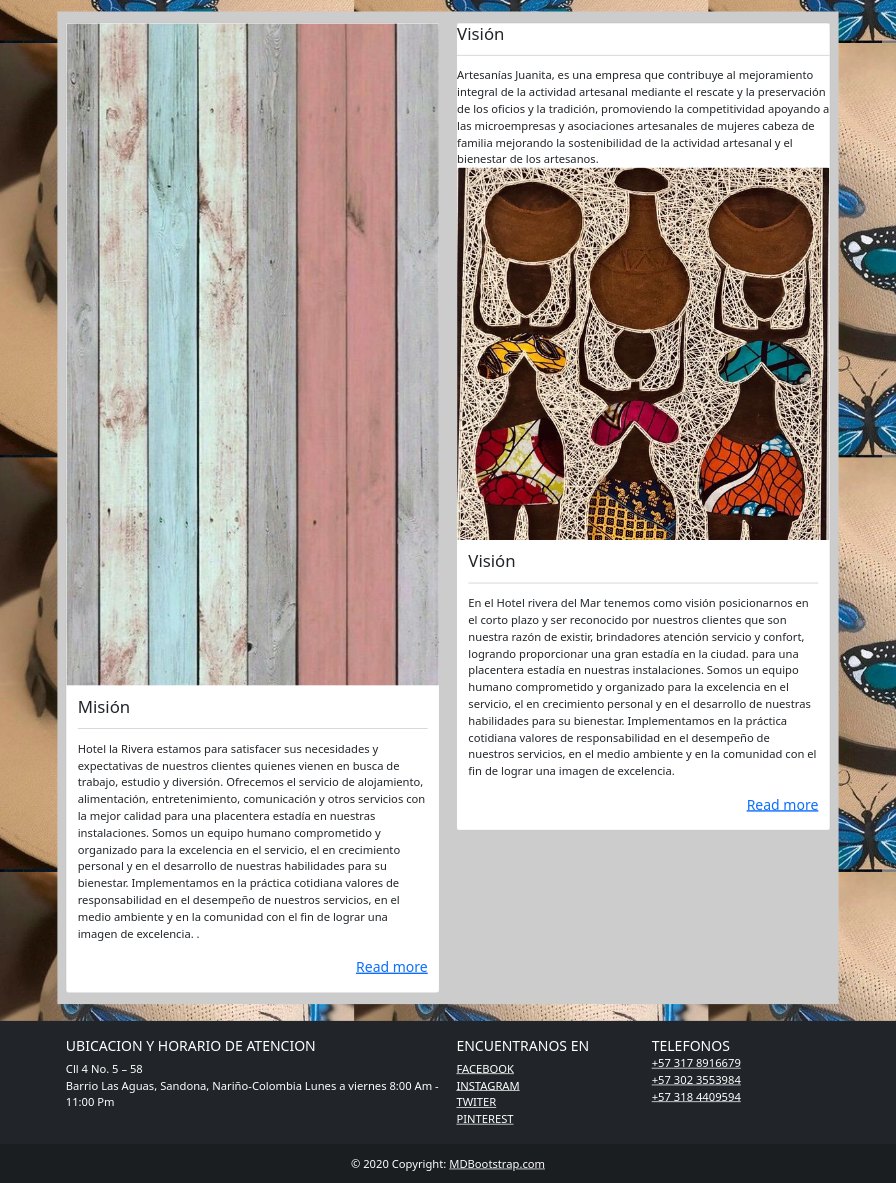
Repository: PG210/taller_artesania
Page: http://localhost/arte/mision
These files come from the project's save history. The page is drawn as it stood at one moment and after the next save; the edit follows.
The browser window is 1280 px wide. The pictures show the part of the page from y = 2899 to 4819 px (the page is 4589 px tall before and 4819 px after), at 70% of full size.
The page is served by the project's Laravel application, run on PHP 8.4 with Laravel 8. A made-up administrator, Test User (test@example.com), is signed in.

Above is the page before, as saved 2021-01-14 15:14:25.

After the next save:
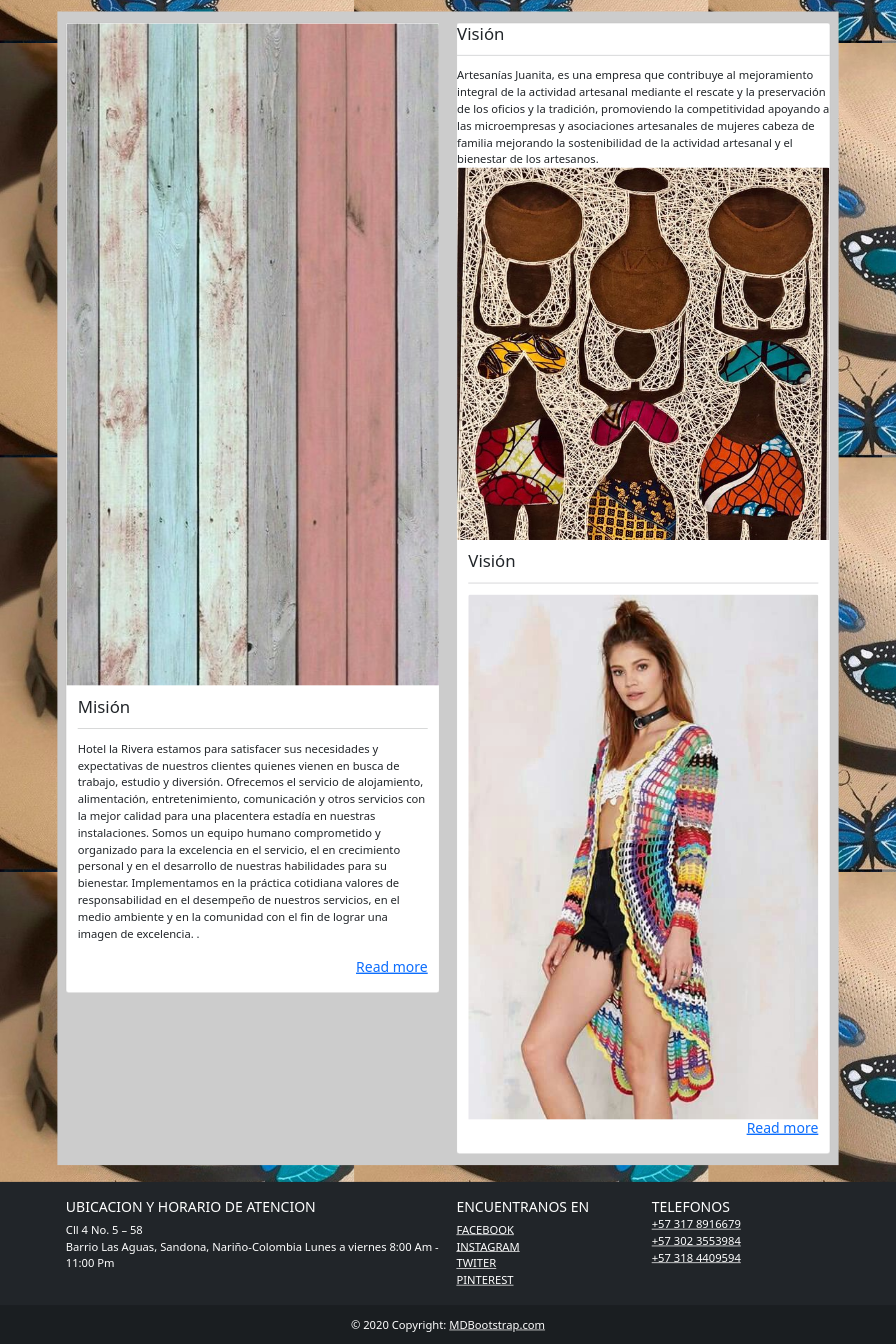
Saved 2 min 21 s later.
--- a/resources/views/arte/mision.blade.php
+++ b/resources/views/arte/mision.blade.php
@@ -82,12 +82,7 @@
             <h4 class="card-title">Visión</h4>
             <hr class="hr-light">
             <!-- Text -->
-            <p class="card-text white-text mb-4">
-                En el Hotel rivera del Mar tenemos como visión posicionarnos en el corto plazo  y ser reconocido por nuestros clientes que son nuestra razón de existir, brindadores atención servicio y confort, logrando proporcionar una gran estadía en la ciudad.
-                para una placentera estadía en nuestras instalaciones.
-                Somos un equipo humano comprometido y organizado para la excelencia en el servicio, el en crecimiento personal y en el desarrollo de nuestras habilidades para su bienestar.
-                Implementamos  en la práctica cotidiana valores de responsabilidad en el desempeño de nuestros  servicios, en el medio ambiente y en la comunidad con el fin de lograr una imagen de excelencia.
-                 </p>
+            <img class="card-img-top" src="../img/9.jpg"
             <!-- Link -->
             <a href="#!" class="white-text d-flex justify-content-end">
               <h5>Read more <i class="fas fa-angle-double-right"></i></h5>
